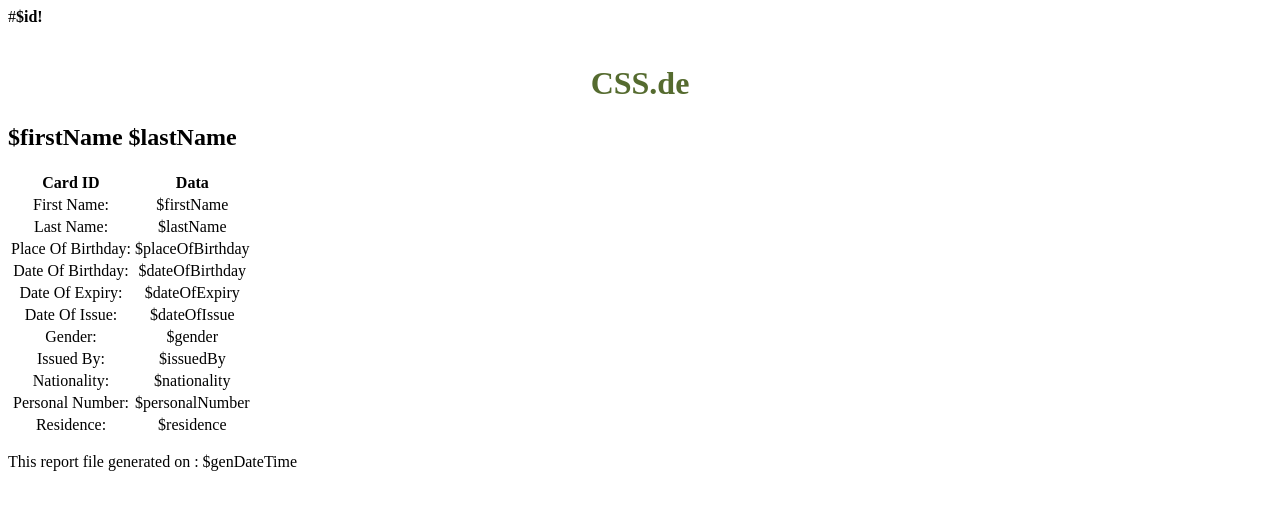
Repository: Len2/Topic4
Page: src/main/resources/templates/PDF_template.html
These files come from the project's save history. The page is drawn as it stood at one moment and after a run of saves; the edit follows.
The browser window is 1280 px wide. The pictures show the whole page.

Above is the page before, as saved 2020-09-07 11:25:10.

### src/main/resources/templates/PDF_template.html
<!DOCTYPE html>
<html>
<body>
#<b>$id!</b>
<br/>
<br/>
<div style="color: darkolivegreen; text-align: center;">
    <h1>CSS.de</h1>
</div>


<h2>$firstName $lastName</h2>
<div style="text-align: center;">
    <table style="margin">
        <tr>
          <th>Card ID</th>
          <th>Data</th>
        </tr>

        <tr>
          <td>First Name:</td>
          <td>$firstName</td>
        </tr>
        <tr>
          <td>Last Name:</td>
          <td>$lastName</td>
        </tr>
        <tr>
          <td>Place Of Birthday:</td>
          <td>$placeOfBirthday</td>
        </tr>
        <tr>
          <td>Date Of Birthday:</td>
          <td>$dateOfBirthday</td>
        </tr>
        <tr>
          <td>Date Of Expiry:</td>
          <td>$dateOfExpiry</td>
        </tr>
        <tr>
          <td>Date Of Issue:</td>
          <td>$dateOfIssue</td>
        </tr>
        <tr>
          <td>Gender:</td>
          <td>$gender</td>
        </tr>
        <tr>
          <td>Issued By:</td>
          <td>$issuedBy</td>
        </tr>
        <tr>
            <td>Nationality:</td>
            <td>$nationality</td>
          </tr>
        <tr>
          <td>Personal Number:</td>
          <td>$personalNumber</td>
        </tr>
        <tr>
          <td>Residence:</td>
          <td>$residence</td>
        </tr>
      </table>
</div>


<p>This report file generated on : $genDateTime</p>
</body>
</html>

After the next 3 saves:
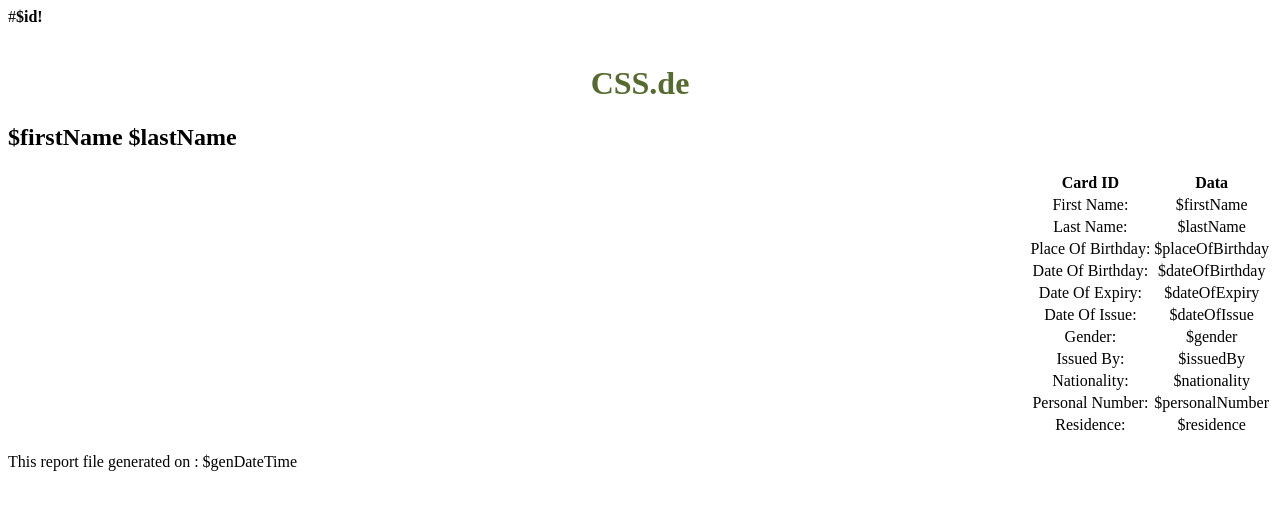
The 3 saves are shown as one change because they came seconds apart.
The last was saved 7 s later.
--- a/src/main/resources/templates/PDF_template.html
+++ b/src/main/resources/templates/PDF_template.html
@@ -11,7 +11,7 @@
 
 <h2>$firstName $lastName</h2>
 <div style="text-align: center;">
-    <table style="margin">
+    <table style="margin-left: auto; ma">
         <tr>
           <th>Card ID</th>
           <th>Data</th>
